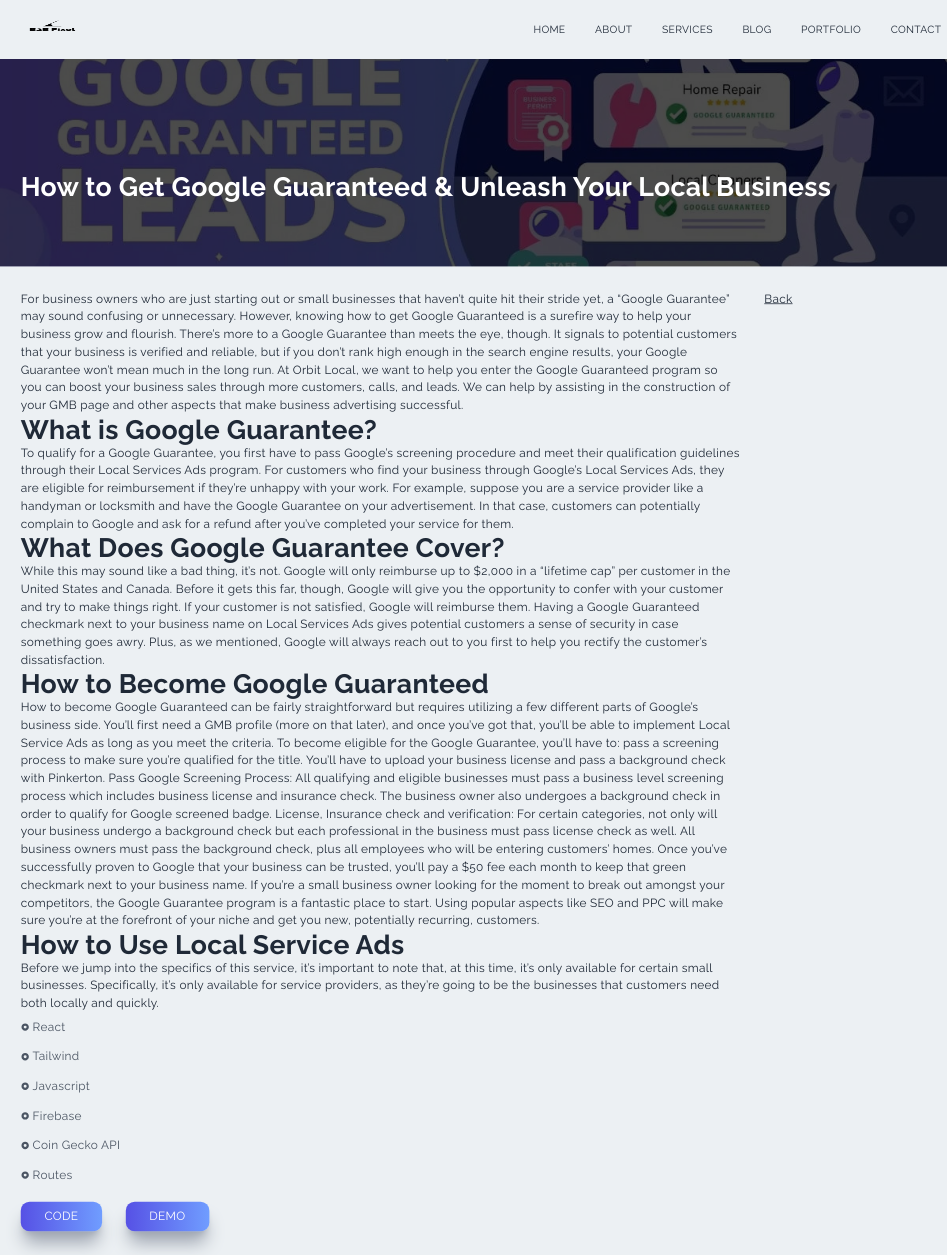
Repository: DID0101/nextjs.b2b
Page: /crypto
These files come from the project's save history. The page is drawn as it stood at one moment and after the next save; the edit follows.
The browser window is 1280 px wide. The pictures show the whole page, at 74% of full size.
The project was rebuilt for these pictures with package versions that can differ from the ones it lists, and the page was loaded fresh each time. The framework's server and built-in components were replaced by stand-ins that run in the browser. Also part of the build but not shown: next.config.js.

Above is the page before, as saved 2024-01-22 02:59:31.

### pages/crypto.jsx
import Image from 'next/image';
import React from 'react';
import cryptoImg from '../public/assets/projects/crypto.jpg';
import { RiRadioButtonFill } from 'react-icons/ri';
import Link from 'next/link';

const crypto = () => {
  return (
    <div className='w-full'>
      <div className='w-screen h-[50vh] relative'>
        <div className='absolute top-0 left-0 w-full h-[50vh] bg-black/70 z-10' />
        <Image
          className='absolute z-1'
          layout='fill'
          objectFit='cover'
          src={cryptoImg}
          alt='/'
        />
        <div className='absolute top-[70%] max-w-[1240px] w-full left-[50%] right-[50%] translate-x-[-50%] translate-y-[-50%] text-white z-10 p-2'>
          <h2 className='py-2'>How to Get Google Guaranteed & Unleash Your Local Business</h2>
          {/* <h3>React JS / Tailwind / Firebase</h3> */}
        </div>
      </div>

      <div className='max-w-[1240px] mx-auto p-2 grid md:grid-cols-5 gap-8 py-8'>
        <div className='col-span-4'>
          {/* <p>Project</p> */}
          {/* <h2>Overview</h2> */}
          <p>
          For business owners who are just starting out or small businesses that haven’t quite hit their stride yet, a “Google Guarantee” may sound confusing or unnecessary. However, knowing how to get Google Guaranteed is a surefire way to help your business grow and flourish.

There’s more to a Google Guarantee than meets the eye, though. It signals to potential customers that your business is verified and reliable, but if you don’t rank high enough in the search engine results, your Google Guarantee won’t mean much in the long run.

At Orbit Local, we want to help you enter the Google Guaranteed program so you can boost your business sales through more customers, calls, and leads. We can help by assisting in the construction of your GMB page and other aspects that make business advertising successful.
          </p>
          <p></p>
          <h2>What is Google Guarantee?</h2>
          <p>To qualify for a Google Guarantee, you first have to pass Google’s screening procedure and meet their qualification guidelines through their Local Services Ads program. For customers who find your business through Google’s Local Services Ads, they are eligible for reimbursement if they’re unhappy with your work.

For example, suppose you are a service provider like a handyman or locksmith and have the Google Guarantee on your advertisement. In that case, customers can potentially complain to Google and ask for a refund after you’ve completed your service for them.</p>

              <h2>What Does Google Guarantee Cover?</h2>
              <p>While this may sound like a bad thing, it’s not. Google will only reimburse up to $2,000 in a “lifetime cap” per customer in the United States and Canada. Before it gets this far, though, Google will give you the opportunity to confer with your customer and try to make things right.

If your customer is not satisfied, Google will reimburse them.

Having a Google Guaranteed checkmark next to your business name on Local Services Ads gives potential customers a sense of security in case something goes awry. Plus, as we mentioned, Google will always reach out to you first to help you rectify the customer’s dissatisfaction.</p>
<h2>How to Become Google Guaranteed</h2>
<p>How to become Google Guaranteed can be fairly straightforward but requires utilizing a few different parts of Google’s business side. You’ll first need a GMB profile (more on that later), and once you’ve got that, you’ll be able to implement Local Service Ads as long as you meet the criteria.

To become eligible for the Google Guarantee, you’ll have to: pass a screening process to make sure you’re qualified for the title. You’ll have to upload your business license and pass a background check with Pinkerton.

Pass Google Screening Process: All qualifying and eligible businesses must pass a business level screening process which includes business license and insurance check. The business owner also undergoes a background check in order to qualify for Google screened badge.
License, Insurance check and verification: For certain categories, not only will your business undergo a background check but each professional in the business must pass license check as well.
All business owners must pass the background check, plus all employees who will be entering customers’ homes. Once you’ve successfully proven to Google that your business can be trusted, you’ll pay a $50 fee each month to keep that green checkmark next to your business name.

If you’re a small business owner looking for the moment to break out amongst your competitors, the Google Guarantee program is a fantastic place to start. Using popular aspects like SEO and PPC will make sure you’re at the forefront of your niche and get you new, potentially recurring, customers.</p>
<h2>How to Use Local Service Ads</h2>
<p>Before we jump into the specifics of this service, it’s important to note that, at this time, it’s only available for certain small businesses. Specifically, it’s only available for service providers, as they’re going to be the businesses that customers need both locally and quickly.</p>
<p className='text-gray-600 py-2 flex items-center'>
                <RiRadioButtonFill className='pr-1' /> React
              </p>
              <p className='text-gray-600 py-2 flex items-center'>
                <RiRadioButtonFill className='pr-1' /> Tailwind
              </p>
              <p className='text-gray-600 py-2 flex items-center'>
                <RiRadioButtonFill className='pr-1' /> Javascript
              </p>
              <p className='text-gray-600 py-2 flex items-center'>
                <RiRadioButtonFill className='pr-1' /> Firebase
              </p>
              <p className='text-gray-600 py-2 flex items-center'>
                <RiRadioButtonFill className='pr-1' /> Coin Gecko API
              </p>
              <p className='text-gray-600 py-2 flex items-center'>
                <RiRadioButtonFill className='pr-1' /> Routes
              </p>
          <a
            href='https://github.com/fireclint/crypto-react-firebase'
            target='_blank'
            rel='noreferrer'
          >
            <button className='px-8 py-2 mt-4 mr-8'>Code</button>
          </a>
          <a
            href='https://cryptobase-yt.web.app/'
            target='_blank'
            rel='noreferrer'
          >
            <button className='px-8 py-2 mt-4'>Demo</button>
          </a>

        </div>
        {/* <div className='col-span-4 md:col-span-1 shadow-xl shadow-gray-400 rounded-xl py-4'>
          <div className='p-2'>
            <p className='text-center font-bold pb-2'>Technologies</p>
            <div className='grid grid-cols-3 md:grid-cols-1 '>
              <p className='text-gray-600 py-2 flex items-center'>
                <RiRadioButtonFill className='pr-1' /> React
              </p>
              <p className='text-gray-600 py-2 flex items-center'>
                <RiRadioButtonFill className='pr-1' /> Tailwind
              </p>
              <p className='text-gray-600 py-2 flex items-center'>
                <RiRadioButtonFill className='pr-1' /> Javascript
              </p>
              <p className='text-gray-600 py-2 flex items-center'>
                <RiRadioButtonFill className='pr-1' /> Firebase
              </p>
              <p className='text-gray-600 py-2 flex items-center'>
                <RiRadioButtonFill className='pr-1' /> Coin Gecko API
              </p>
              <p className='text-gray-600 py-2 flex items-center'>
                <RiRadioButtonFill className='pr-1' /> Routes
              </p>
            </div>
          </div>
        </div> */}
        <Link href='/#projects'>
          <p className='underline cursor-pointer'>Back</p>
        </Link>
      </div>
    </div>
  );
};

export default crypto;

### components/Navbar.jsx
import Image from 'next/image';
import Link from 'next/link';
import React, { useState, useEffect } from 'react';
import { AiOutlineClose, AiOutlineMail, AiOutlineMenu } from 'react-icons/ai';
import { FaGithub, FaLinkedinIn } from 'react-icons/fa';
import { BsFillPersonLinesFill } from 'react-icons/bs';
// import { useRouter } from 'next/router';
import NavLogo from '../public/assets/navLogo.png'

const Navbar = () => {
  const [nav, setNav] = useState(false);
  const [shadow, setShadow] = useState(false);
  const [navBg, setNavBg] = useState('#ecf0f3');
  const [linkColor, setLinkColor] = useState('#1f2937');
  // const [position, setPosition] = useState('fixed')
  // const router = useRouter();

  // useEffect(() => {
  //   if (
  //     router.asPath === '/property' ||
  //     router.asPath === '/crypto' ||
  //     router.asPath === '/netflix' ||
  //     router.asPath === '/twitch'
  //   ) {
  //     setNavBg('transparent');
  //     setLinkColor('#ecf0f3');
  //   } else {
  //     setNavBg('#ecf0f3');
  //     setLinkColor('#1f2937');
  //   }
  // }, [router]);

  const handleNav = () => {
    setNav(!nav);
  };

  useEffect(() => {
    const handleShadow = () => {
      if (window.scrollY >= 90) {
        setShadow(true);
      } else {
        setShadow(false);
      }
    };
    window.addEventListener('scroll', handleShadow);
  }, []);

  return (
    <div
      style={{ backgroundColor: `${navBg}` }}
      className={
        shadow
          ? 'fixed w-full h-20 shadow-xl z-[100] ease-in-out duration-300'
          : 'fixed w-full h-20 z-[100]'
      }
    >
      <div className='flex justify-between items-center w-full h-full px-2 2xl:px-16'>
        <Link href='/'>
          <a>
            <Image
              src={NavLogo}
              alt='/'
              width='125'
              height='50'
              className='cursor-pointer'
            />
          </a>
        </Link>
        <div>
          <ul style={{ color: `${linkColor}` }} className='hidden md:flex'>
            <li className='ml-10 text-sm uppercase hover:border-b'>
              <Link href='/'>Home</Link>
            </li>
            <li className='ml-10 text-sm uppercase hover:border-b'>
              <Link href='/#about'>About</Link>
            </li>
            <li className='ml-10 text-sm uppercase hover:border-b'>
              <Link href='/#skills'>Services</Link>
            </li>
            <li className='ml-10 text-sm uppercase hover:border-b'>
              <Link href='/#projects'>Blog</Link>
            </li>
            <li className='ml-10 text-sm uppercase hover:border-b'>
              <Link href='/resume'>Portfolio</Link>
            </li>
            <li className='ml-10 text-sm uppercase hover:border-b'>
              <Link href='/#contact'>Contact</Link>
            </li>
          </ul>
          {/* Hamburger Icon */}
          <div
            style={{ color: `${linkColor}` }}
            onClick={handleNav}
            className='md:hidden'
          >
            <AiOutlineMenu size={25} />
          </div>
        </div>
      </div>

      {/* Mobile Menu */}
      {/* Overlay */}
      <div
        className={
          nav ? 'md:hidden fixed left-0 top-0 w-full h-screen bg-black/70' : ''
        }
      >
        {/* Side Drawer Menu */}
        <div
          className={
            nav
              ? ' fixed left-0 top-0 w-[75%] sm:w-[60%] md:w-[45%] h-screen bg-[#ecf0f3] p-10 ease-in duration-500'
              : 'fixed left-[-100%] top-0 p-10 ease-in duration-500'
          }
        >
          <div>
            <div className='flex w-full items-center justify-between'>
              <Link href='/'>
                <a>
                  <Image
                    src={NavLogo}
                    width='87'
                    height='35'
                    alt='/'
                  />
                </a>
              </Link>
              <div
                onClick={handleNav}
                className='rounded-full shadow-lg shadow-gray-400 p-3 cursor-pointer'
              >
                <AiOutlineClose />
              </div>
            </div>
            <div className='border-b border-gray-300 my-4'>
              <p className='w-[85%] md:w-[90%] py-4'>
                Let&#39;s build something legendary together
              </p>
            </div>
          </div>
          <div className='py-4 flex flex-col'>
            <ul className='uppercase'>
              <Link href='/'>
                <li onClick={() => setNav(false)} className='py-4 text-sm'>
                  Home
                </li>
              </Link>
              <Link href='/#about'>
                <li onClick={() => setNav(false)} className='py-4 text-sm'>
                  About
                </li>
              </Link>
              <Link href='/#skills'>
                <li onClick={() => setNav(false)} className='py-4 text-sm'>
                  Skills
                </li>
              </Link>
              <Link href='/#projects'>
                <li onClick={() => setNav(false)} className='py-4 text-sm'>
                  Projects
                </li>
              </Link>
              <Link href='/resume'>
                <li onClick={() => setNav(false)} className='py-4 text-sm'>
                  Resume
                </li>
              </Link>
              <Link href='/#contact'>
                <li onClick={() => setNav(false)} className='py-4 text-sm text-[#ac4d5a]'>
                  Save My Spot
                </li>
              </Link>
            </ul>
            <div className='pt-40'>
              <p className='uppercase tracking-widest text-[#5651e5]'>
                Let&#39;s Connect
              </p>
              <div className='flex items-center justify-between my-4 w-full sm:w-[80%]'>
                <a
                  href='https://www.linkedin.com/in/clint-briley-50056920a/'
                  target='_blank'
                  rel='noreferrer'
                >
                  <div className='rounded-full shadow-lg shadow-gray-400 p-3 cursor-pointer hover:scale-105 ease-in duration-300'>
                    <FaLinkedinIn />
                  </div>
                </a>
                <a
                  href='https://github.com/fireclint'
                  target='_blank'
                  rel='noreferrer'
                >
                  <div className='rounded-full shadow-lg shadow-gray-400 p-3 cursor-pointer hover:scale-105 ease-in duration-300'>
                    <FaGithub />
                  </div>
                </a>
                <Link href='/#contact'>
                  <div
                    onClick={() => setNav(!nav)}
                    className='rounded-full shadow-lg shadow-gray-400 p-3 cursor-pointer hover:scale-105 ease-in duration-300'
                  >
                    <AiOutlineMail />
                  </div>
                </Link>
                <Link href='/resume'>
                  <div
                    onClick={() => setNav(!nav)}
                    className='rounded-full shadow-lg shadow-gray-400 p-3 cursor-pointer hover:scale-105 ease-in duration-300'
                  >
                    <BsFillPersonLinesFill />
                  </div>
                </Link>
              </div>
            </div>
          </div>
        </div>
      </div>
    </div>
  );
};

export default Navbar;

Loaded but not shown: pages/_app.js (common file); pages/_document.js (common file); styles/globals.css (common file); tailwind.config.js (common file)

After the next save:
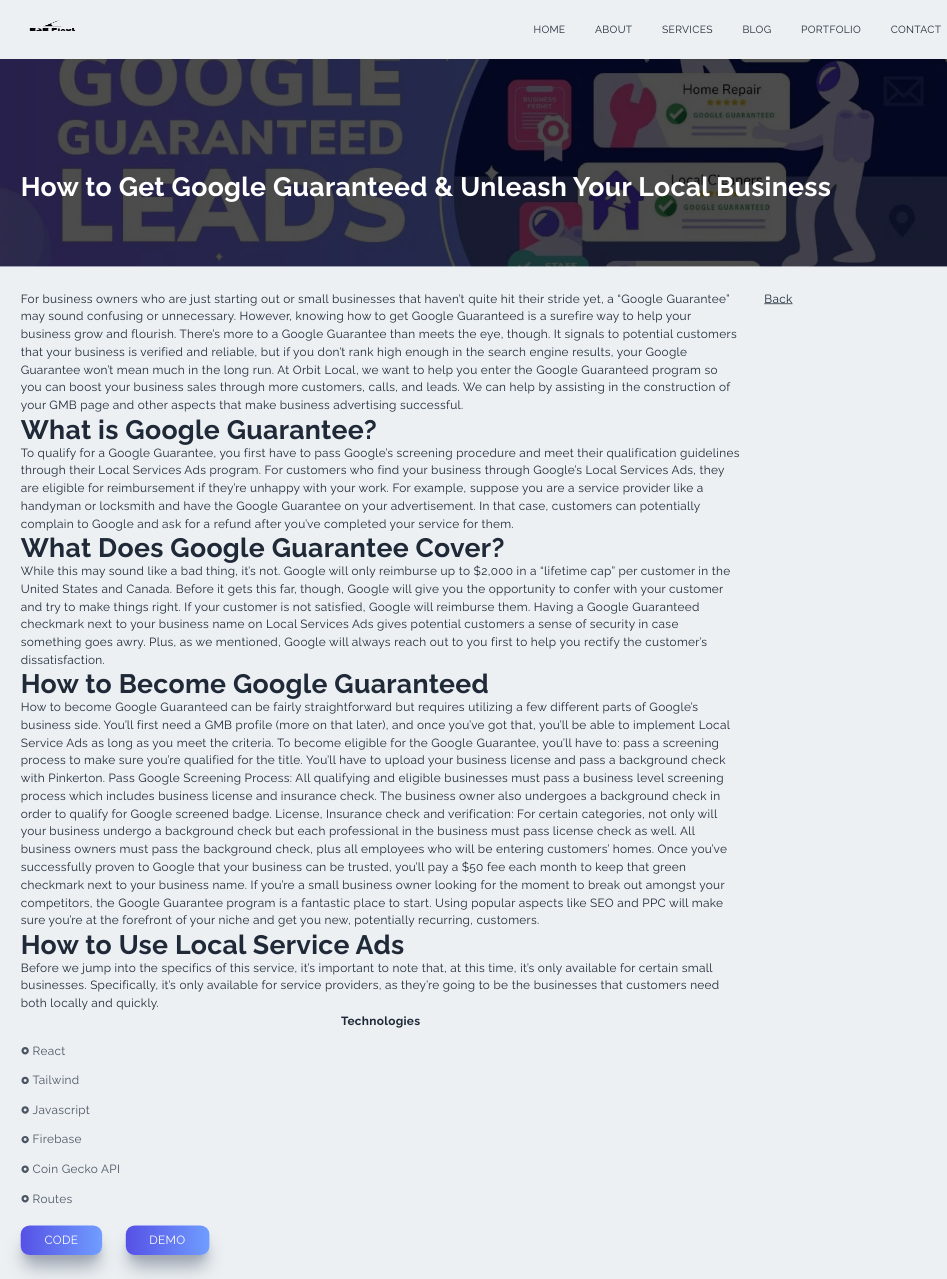
Saved 68 s later.
--- a/pages/crypto.jsx
+++ b/pages/crypto.jsx
@@ -57,6 +57,7 @@
 If you’re a small business owner looking for the moment to break out amongst your competitors, the Google Guarantee program is a fantastic place to start. Using popular aspects like SEO and PPC will make sure you’re at the forefront of your niche and get you new, potentially recurring, customers.</p>
 <h2>How to Use Local Service Ads</h2>
 <p>Before we jump into the specifics of this service, it’s important to note that, at this time, it’s only available for certain small businesses. Specifically, it’s only available for service providers, as they’re going to be the businesses that customers need both locally and quickly.</p>
+<p className='text-center font-bold pb-2'>Technologies</p>
 <p className='text-gray-600 py-2 flex items-center'>
                 <RiRadioButtonFill className='pr-1' /> React
               </p>
